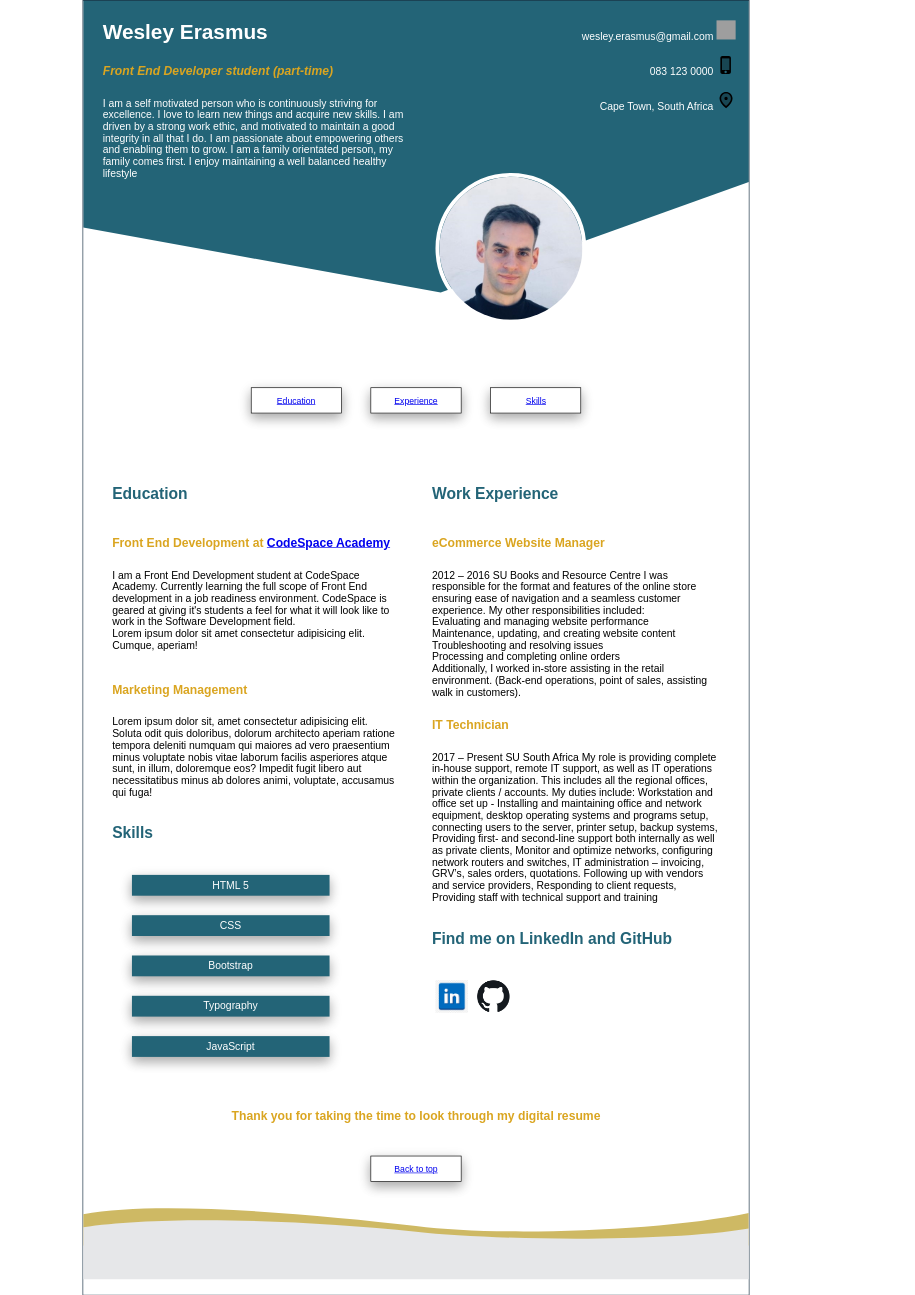
Repository: WesleyErasmus/myDigitalResume
Page: Resume-Projec-3/index.html
The author's editor kept a copy of each file at every save. The page is drawn from the files as they stood at one save, then again after the next save.
The browser window is 1280 px wide. The page is 1408 px wide, so the pictures cover 1408 px, including what lies to the right of the window. The pictures show the whole page, at 65% of full size.
Pictures or frames that could not be fetched are drawn as grey boxes.

Above is the page before, as saved 2022-02-12 22:36:22.

After the next save:
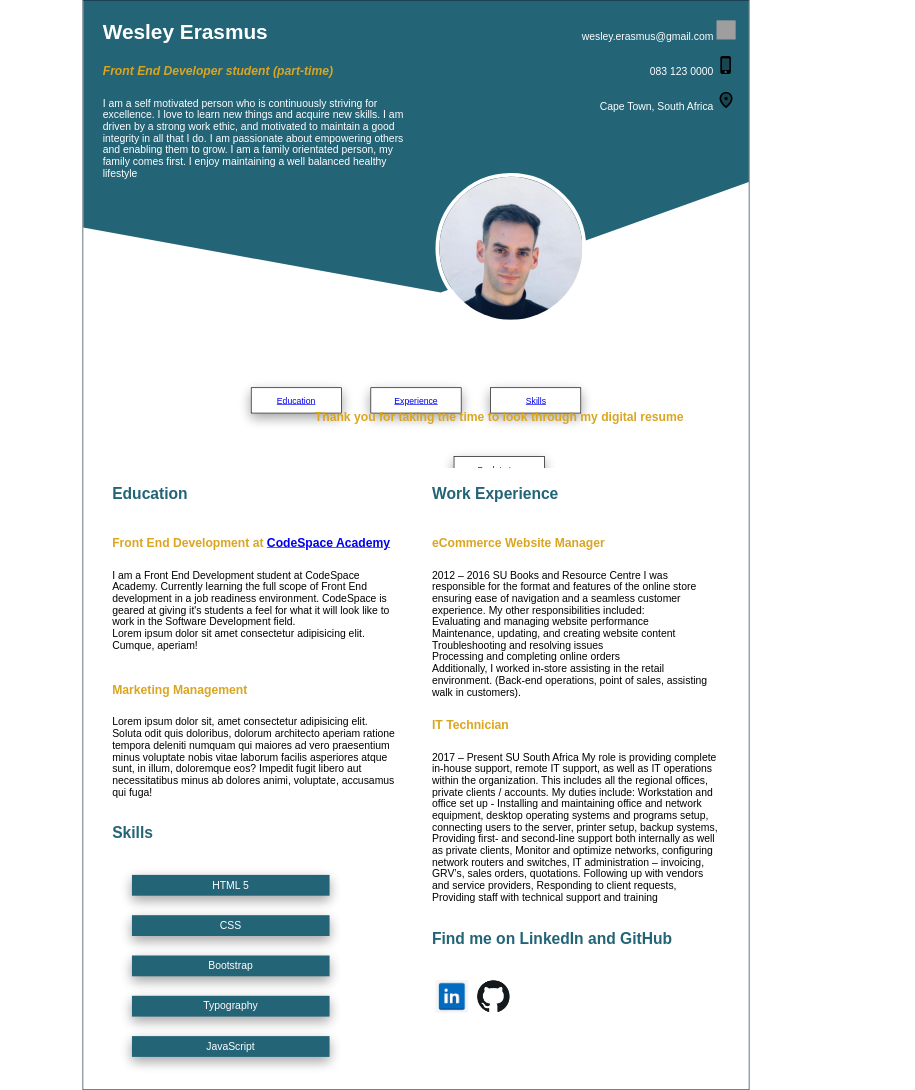
Saved 4 s later.
--- a/Resume-Projec-3/styles.css
+++ b/Resume-Projec-3/styles.css
@@ -124,6 +124,12 @@
 footer {
   padding-bottom: 20px;
   text-align: center;
+
+  position: absolute;
+  width: 100%;
+  height: 100px;
+  bottom: 0;
+  overflow: hidden;
 }
 .home-btn{
     margin-top: 20px;

After the save that followed:
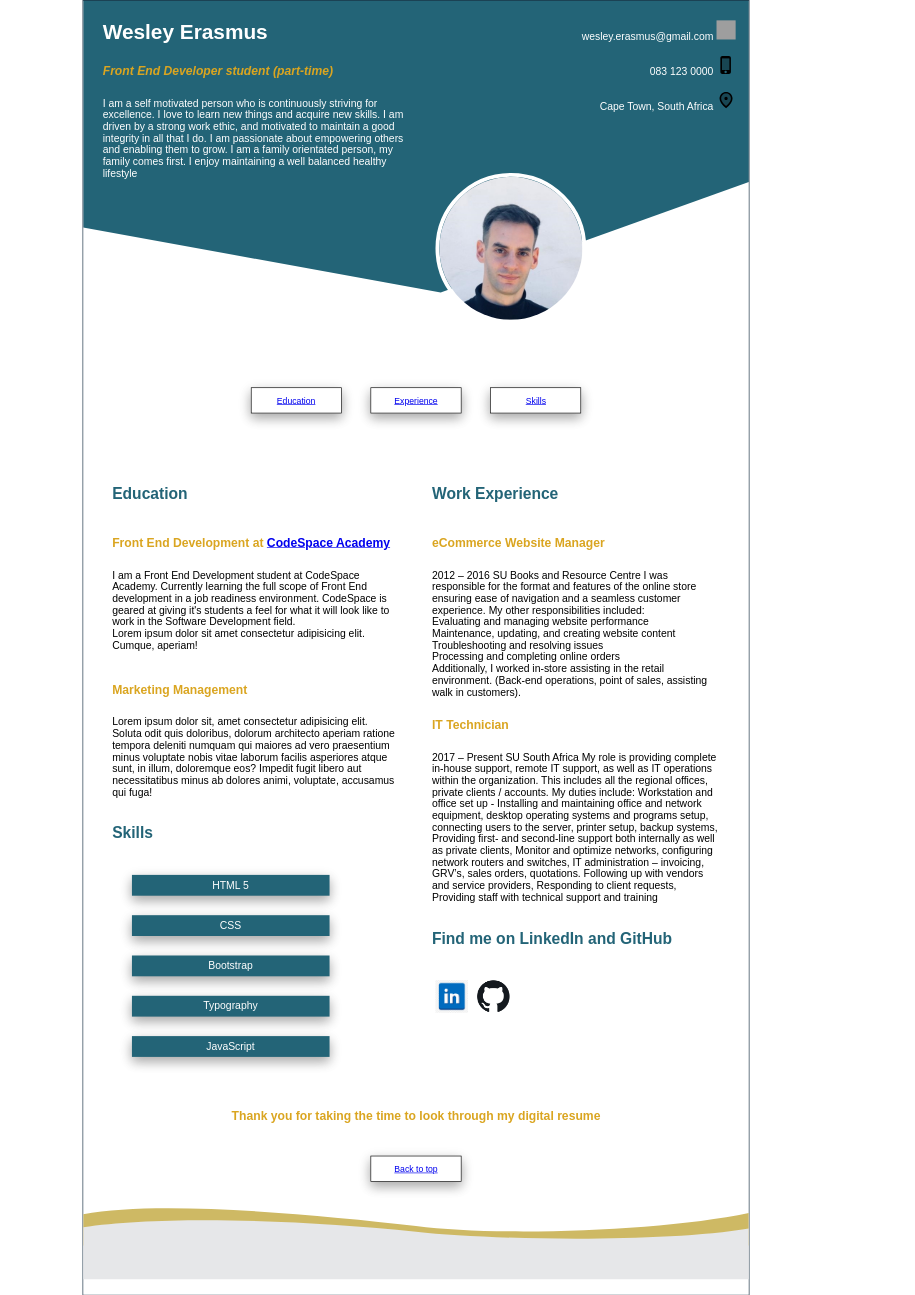
Saved 50 s later.
--- a/Resume-Projec-3/styles.css
+++ b/Resume-Projec-3/styles.css
@@ -125,11 +125,7 @@
   padding-bottom: 20px;
   text-align: center;
 
-  position: absolute;
-  width: 100%;
-  height: 100px;
-  bottom: 0;
-  overflow: hidden;
+
 }
 .home-btn{
     margin-top: 20px;
